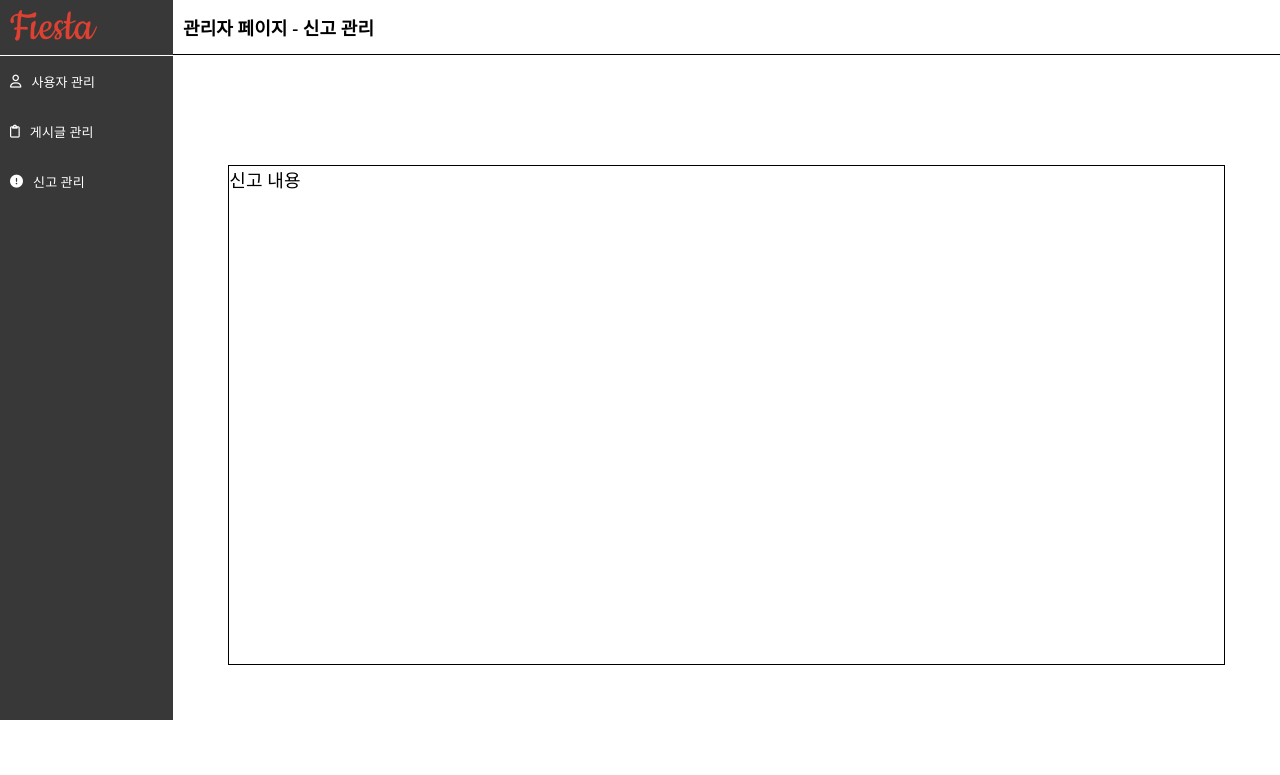
Repository: SNSFiestaTeam/Fiesta
Page: Fiesta/src/main/webapp/html/management/management-report.html
These files come from the project's save history. The page is drawn as it stood at one moment and after the next save; the edit follows.
The browser window is 1280 px wide. The pictures show the whole page.
Some web fonts or font styles are not loaded; a fallback is used. Some web libraries are served in a nearby version.

Above is the page before, as saved 2022-12-06 12:13:43.

After the next save:
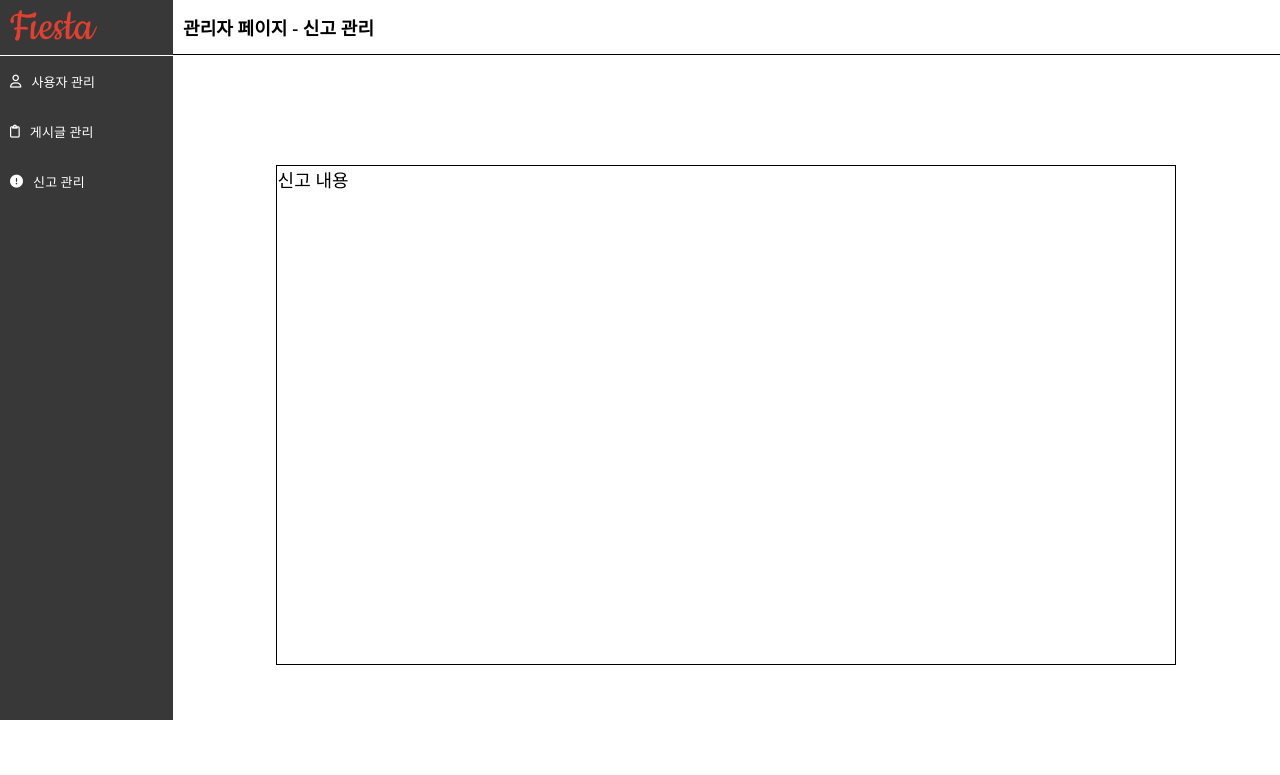
Saved 28 s later.
--- a/Fiesta/src/main/webapp/resources/css/management/management.css
+++ b/Fiesta/src/main/webapp/resources/css/management/management.css
@@ -95,6 +95,6 @@
 .report-container {
   border: 1px solid black;
 
-  width: 90%;
+  width: 900px;
   height: 500px;
 }

After the save that followed:
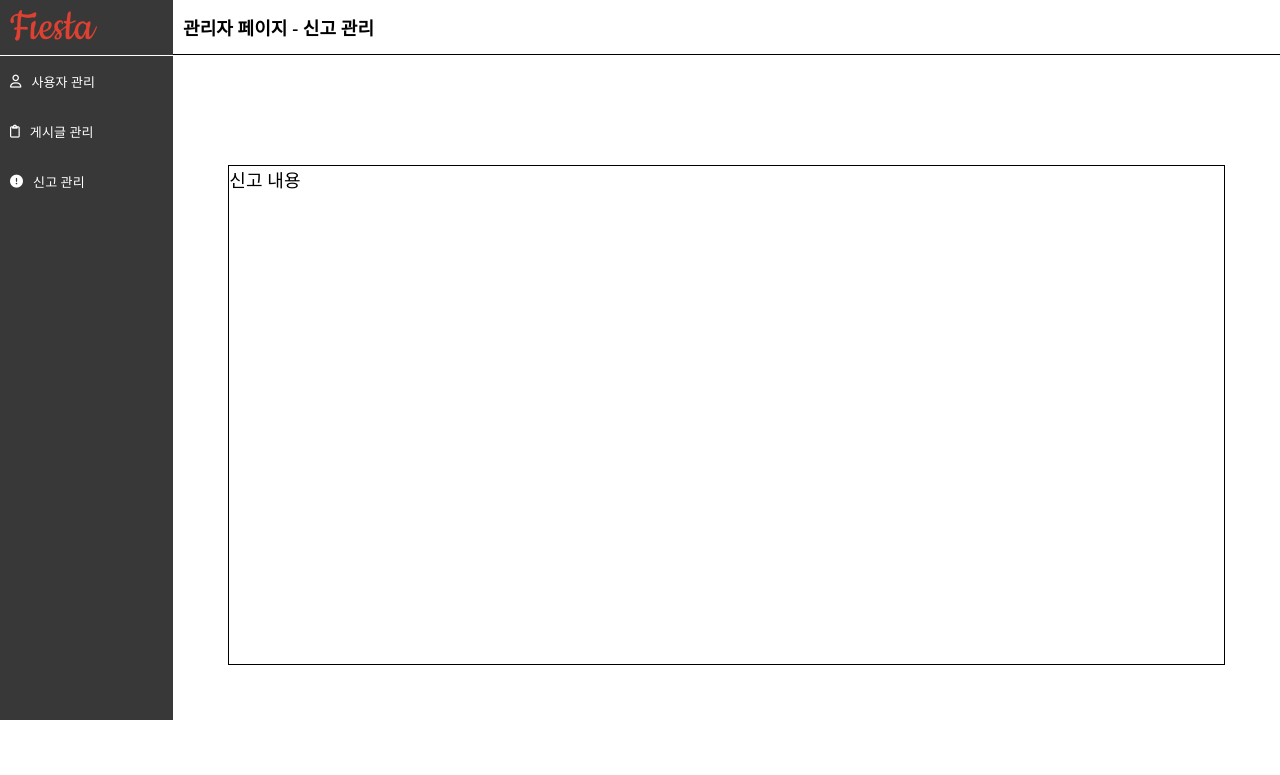
Saved 17 s later.
--- a/Fiesta/src/main/webapp/resources/css/management/management.css
+++ b/Fiesta/src/main/webapp/resources/css/management/management.css
@@ -95,6 +95,6 @@
 .report-container {
   border: 1px solid black;
 
-  width: 900px;
+  width: 90%;
   height: 500px;
 }
